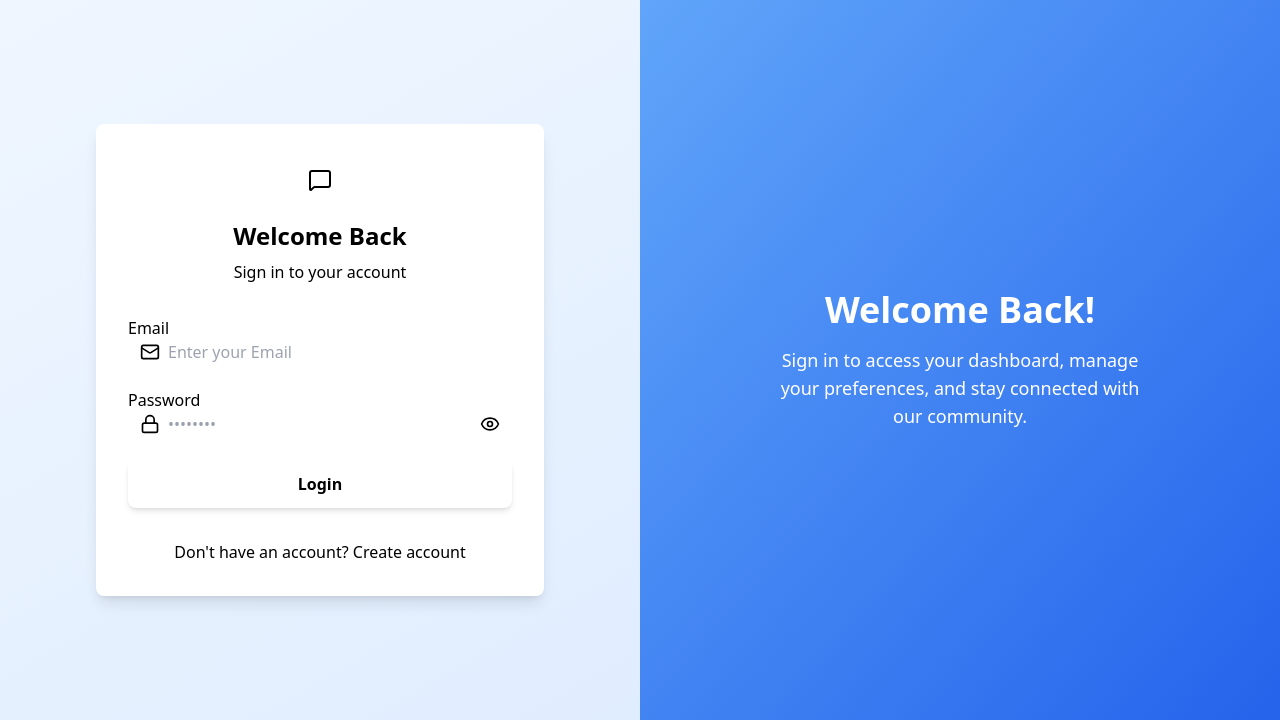
Repository: Subhashree-Nayak507/Test
Page: /login (app in client/)
These files come from the project's save history. The page is drawn as it stood at one moment and after the next save; the edit follows.
The browser window is 1280 px wide. The pictures show the whole page.
The project was rebuilt for these pictures with package versions that can differ from the ones it lists, and the page was loaded fresh each time. Also part of the build but not shown: client/vite.config.js, client/src/pages/FormPage.jsx, client/src/pages/SignupPage.jsx.

Above is the page before, as saved 2025-01-06 09:04:28.

After the next save:
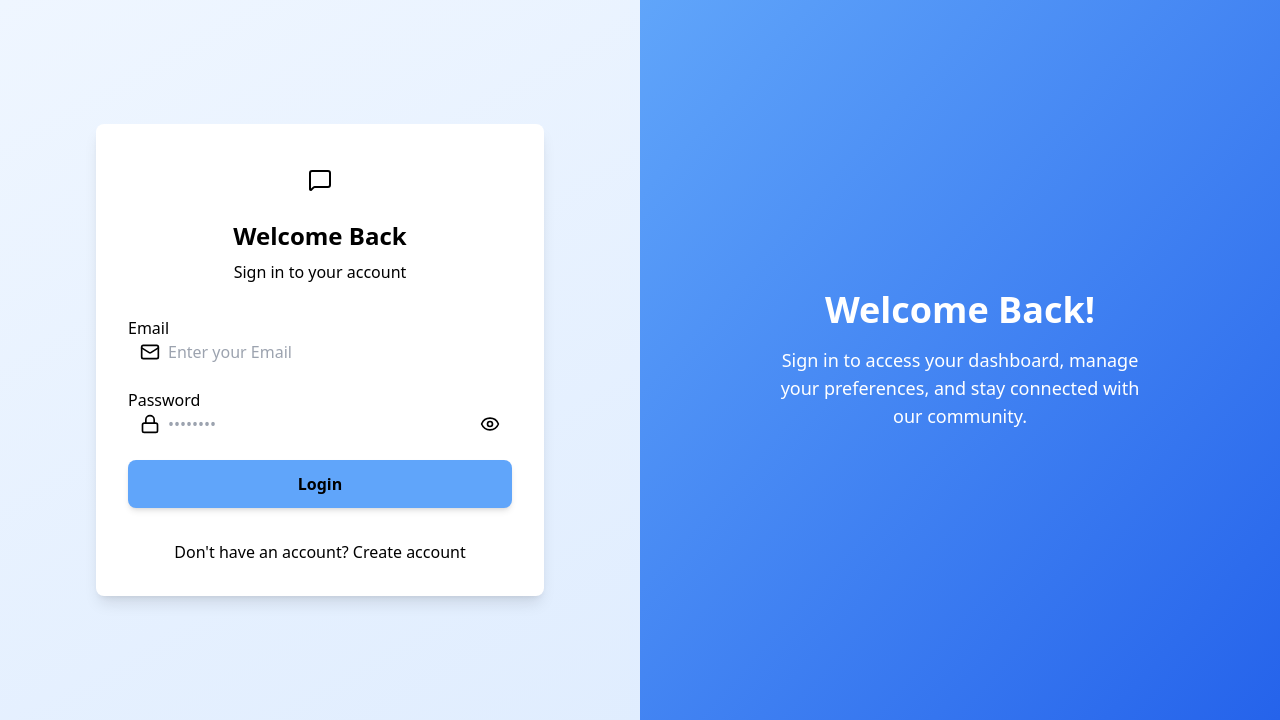
Saved 25 s later.
--- a/client/src/pages/LoginPage.jsx
+++ b/client/src/pages/LoginPage.jsx
@@ -89,7 +89,7 @@ const LoginPage = () => {
 
             <button
               type="submit"
-              className={`btn btn-primary w-full flex justify-center
+              className={`btn btn-primary w-full flex justify-center bg-blue-400 text-black
                items-center py-3 rounded-lg font-semibold shadow-md transition-all duration-300 hover:bg-primary-focus
                 hover:scale-105 active:scale-95 `}>
               Login
